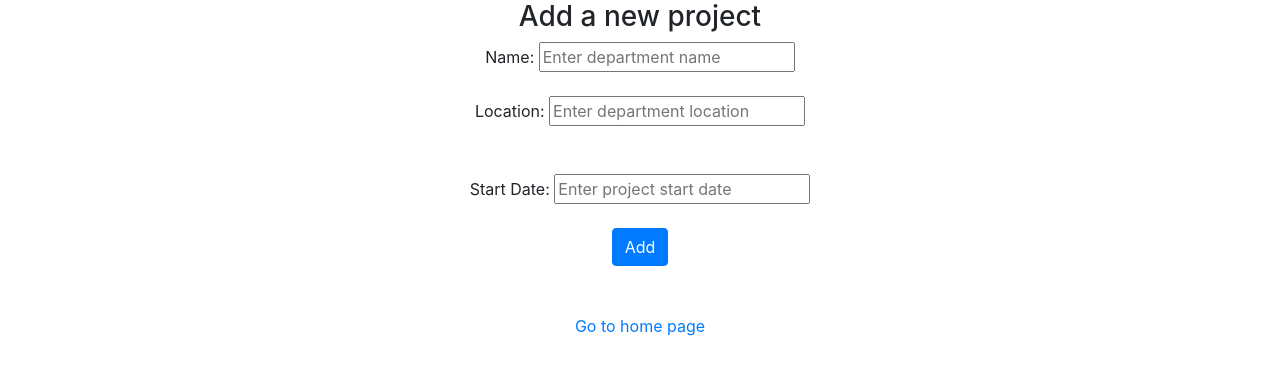
Repository: ArmanAli-cmd/EmployeeProjectDepartmentApplication
Page: http://localhost/EmployeeProjectDepartmentMVCApplication/views/department-signup.jsp
These files come from the project's save history. The page is drawn as it stood at one moment and after the next save; the edit follows.
The browser window is 1280 px wide. The pictures show the whole page.
The page is served by Tomcat 9.

Above is the page before, as saved 2024-01-18 05:47:50.

After the next save:
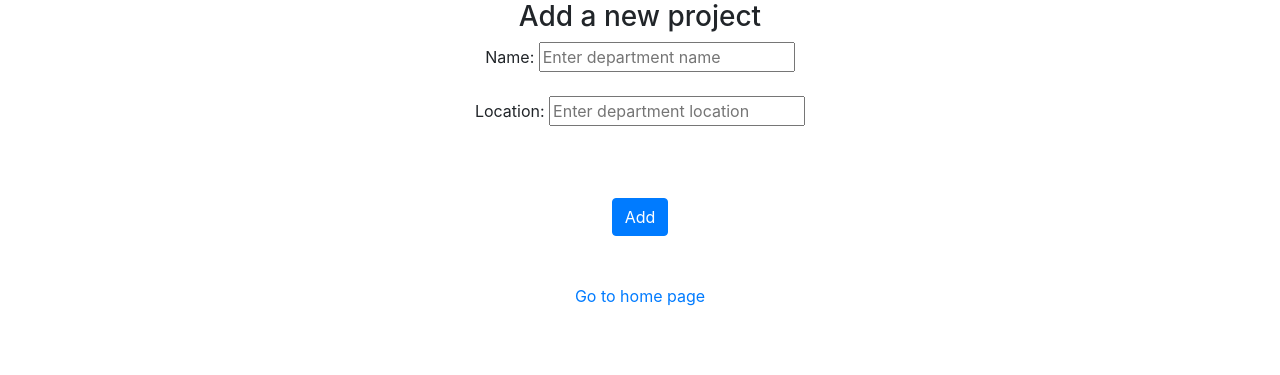
Saved 12 s later.
--- a/EmployeeProjectDepartmentMVCApplication/src/main/webapp/views/department-signup.jsp
+++ b/EmployeeProjectDepartmentMVCApplication/src/main/webapp/views/department-signup.jsp
@@ -22,8 +22,6 @@
 			placeholder="Enter department location" required><br>
 		<br>
 		<br>
-		Start Date: <input type="text" name="startDate"
-			placeholder="Enter project start date" required><br>
 		<br> <input type="submit" class="btn btn-primary" value="Add">
 	</form>
 <br><br>
